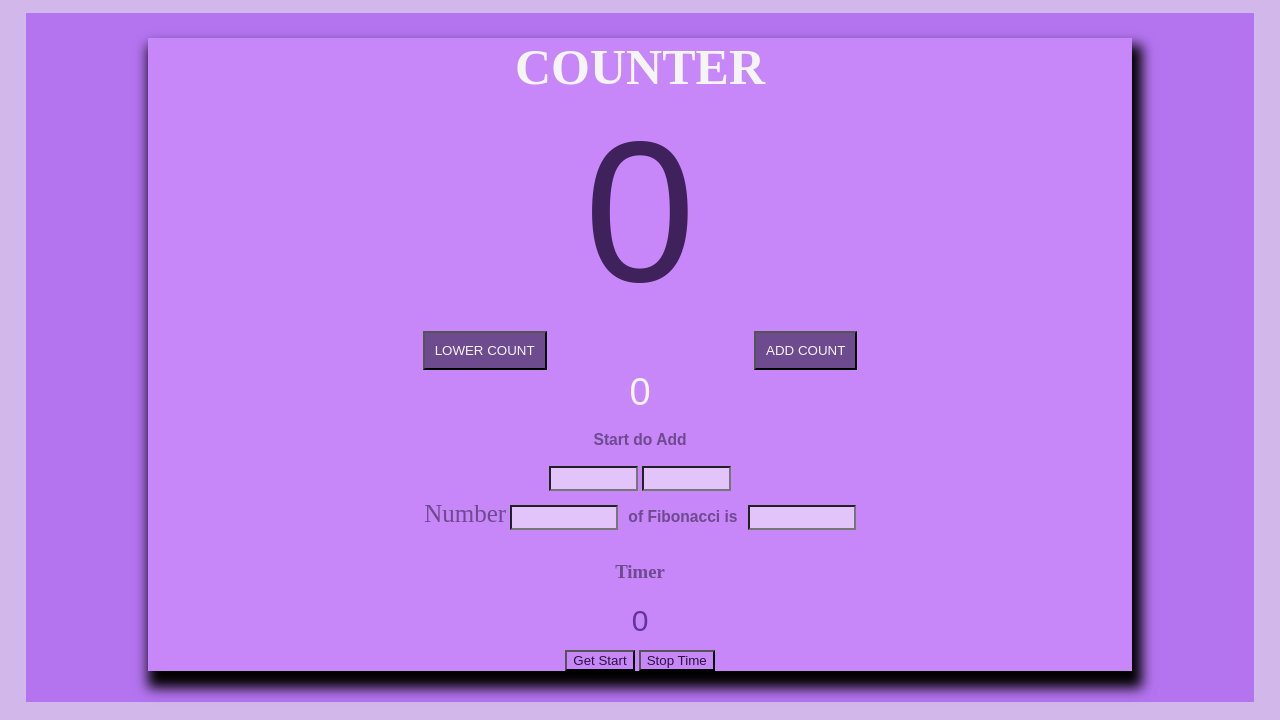
Repository: AnahitKhechumyan/Counter
Page: index.html
These files come from the project's save history. The page is drawn as it stood at one moment and after the next save; the edit follows.
The browser window is 1280 px wide. The pictures show the whole page.

Above is the page before, as saved 2022-02-16 02:07:31.

After the next save:
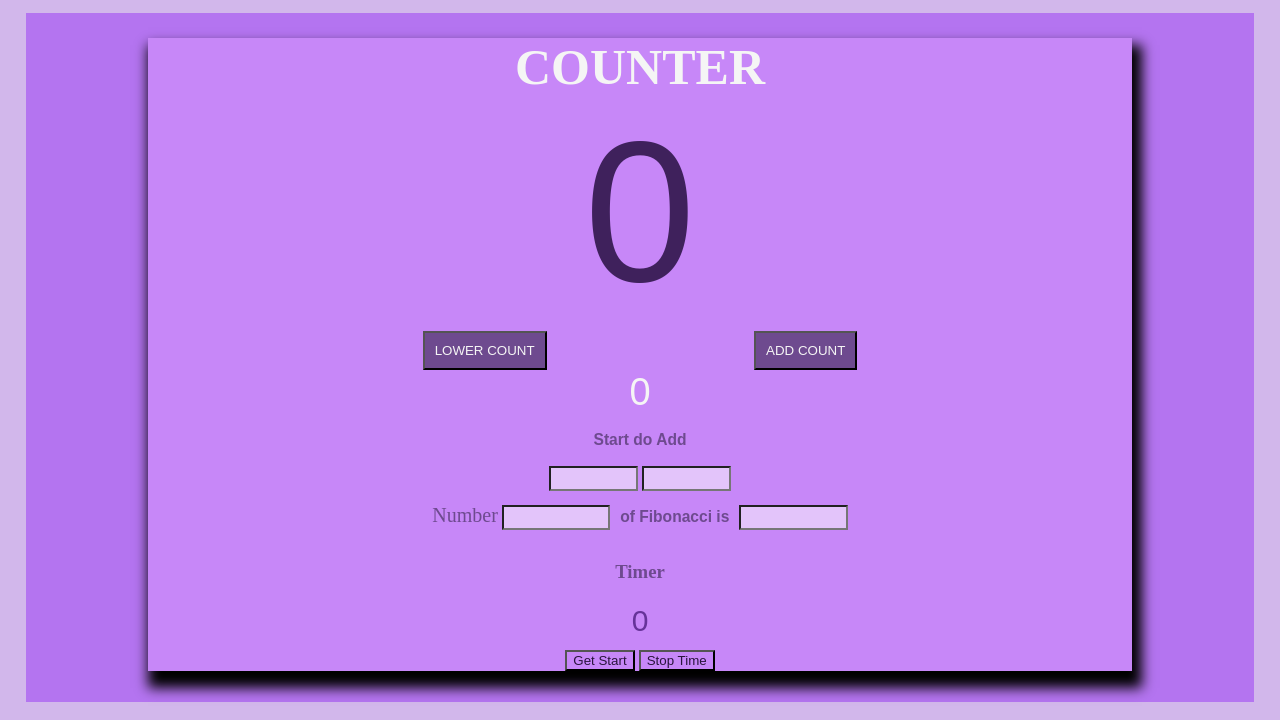
Saved 33 s later.
--- a/style.css
+++ b/style.css
@@ -110,6 +110,6 @@ h3{
     background-color: rgb(199, 135, 248);
 }
 .main >span{
- font-size: 25px;
+ font-size: 20px;
  color:rgb(110, 74, 143);
 }
